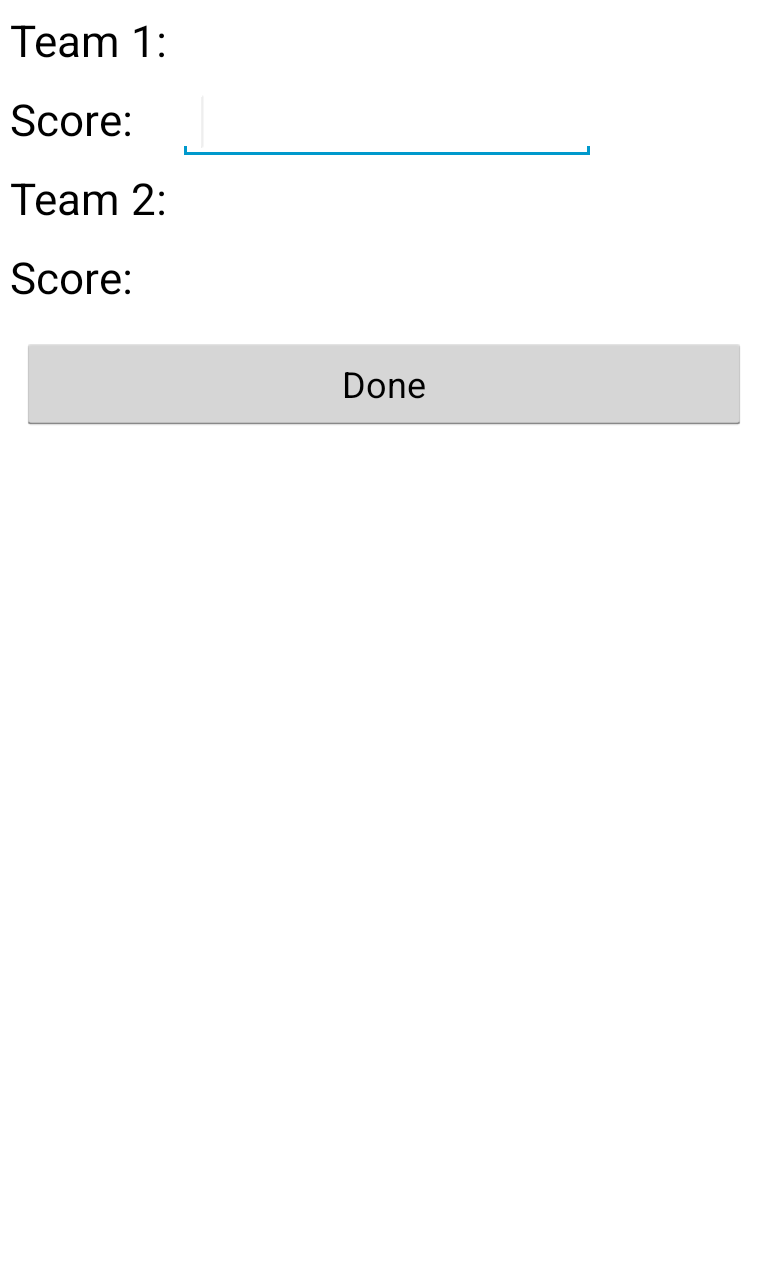
Repository: shervinshaikh/Android
Layout: NBAScoreTracker/res/layout/fragment_scores.xml
An editor plug-in stored every save of this project. The layout is shown before and after the next save, followed by the edit.
It is drawn on a 768 x 1280 px phone screen (xhdpi) without system bars, with theme AppTheme; the app's code is not run.

Above is the layout before, as saved 2013-04-30 01:08:04.

After the next save:
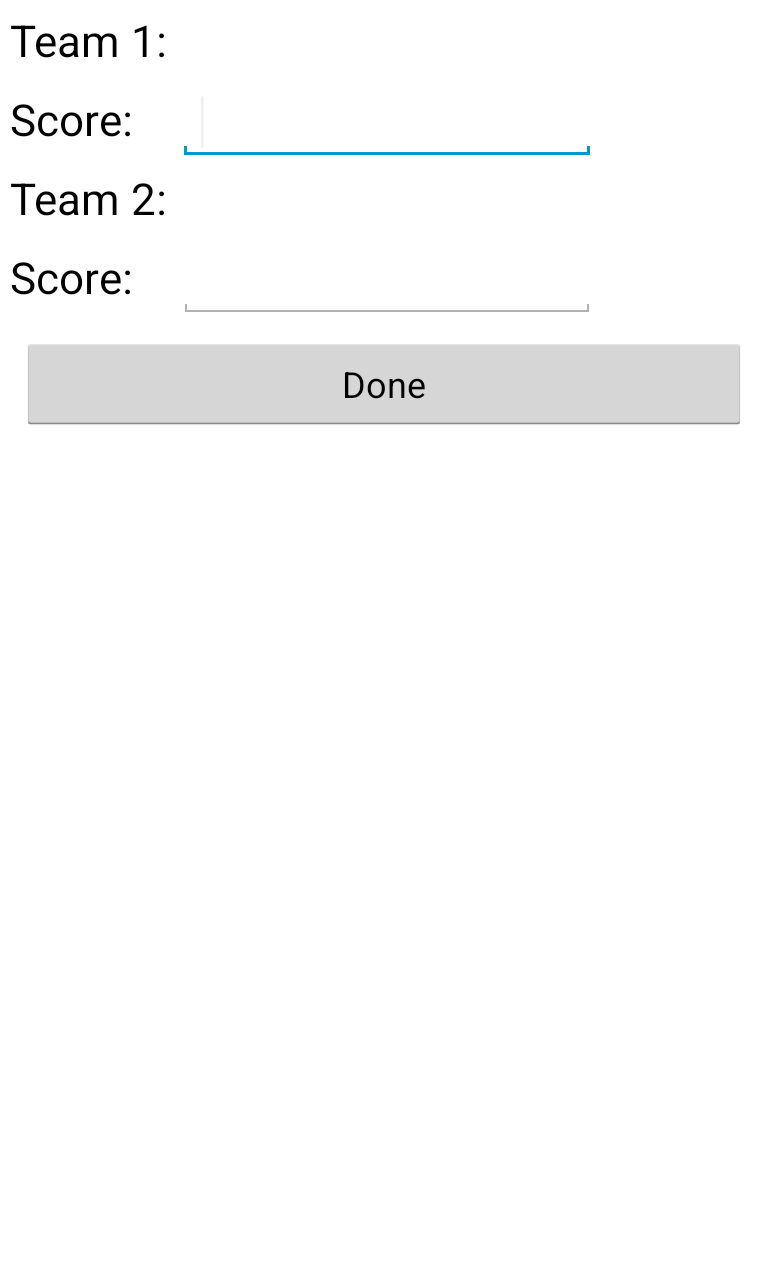
Saved 17 min 49 s later.
--- a/NBAScoreTracker/res/layout/fragment_scores.xml
+++ b/NBAScoreTracker/res/layout/fragment_scores.xml
@@ -67,9 +67,16 @@
             android:id="@+id/textView4"
             android:layout_width="wrap_content"
             android:layout_height="wrap_content"
+            android:padding="5dip"
             android:text="@string/score"
-            android:textAppearance="?android:attr/textAppearanceLarge"
-            android:padding="5dip" />
+            android:textAppearance="?android:attr/textAppearanceLarge" />
+
+        <EditText
+            android:id="@+id/EditText01"
+            android:layout_width="wrap_content"
+            android:layout_height="wrap_content"
+            android:ems="10"
+            android:inputType="number" />
 
     </TableRow>
 
